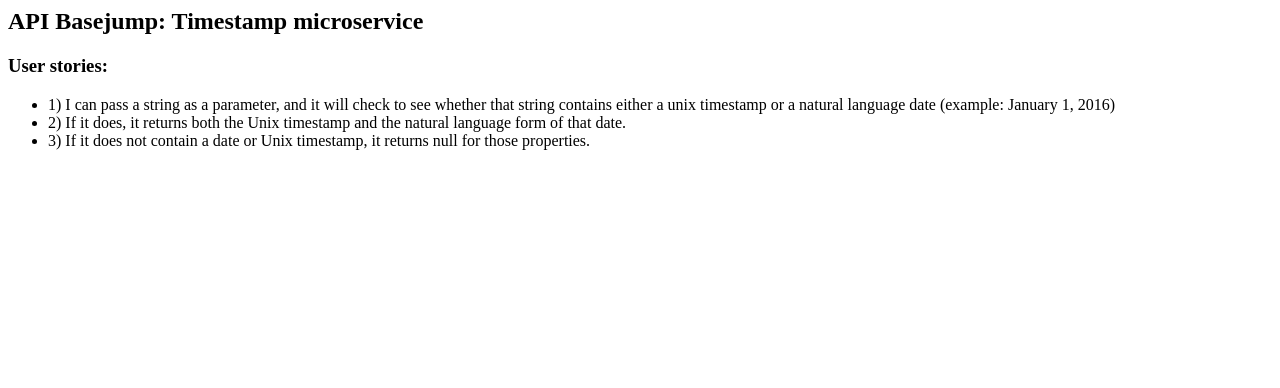
Repository: jocarosa/test
Page: public/index.html
The author's editor kept a record of every edit. The page is drawn from the files as they stood at one moment, then again after the next edit.
The browser window is 1280 px wide. The pictures show the whole page.

Above is the page before.

After the next edit:
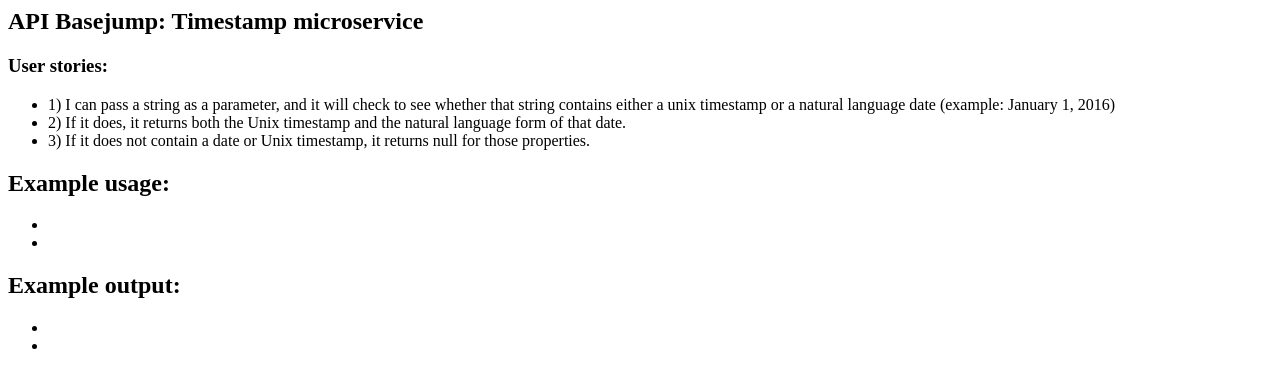
The edit:
--- a/public/index.html
+++ b/public/index.html
@@ -13,6 +13,21 @@
           <li>3) If it does not contain a date or Unix timestamp, it returns null for those properties.</li>
         </ul>
 
+        <h2>Example usage:</h2>
+        <ul>
+          <li>
+          </li>
+          <li>
+          </li>
+        </ul>
+
+        <h2>Example output:</h2>
+        <ul>
+          <li>
+          </li>
+          <li>
+          </li>
+        </ul>
 
       </body>
 </html>
